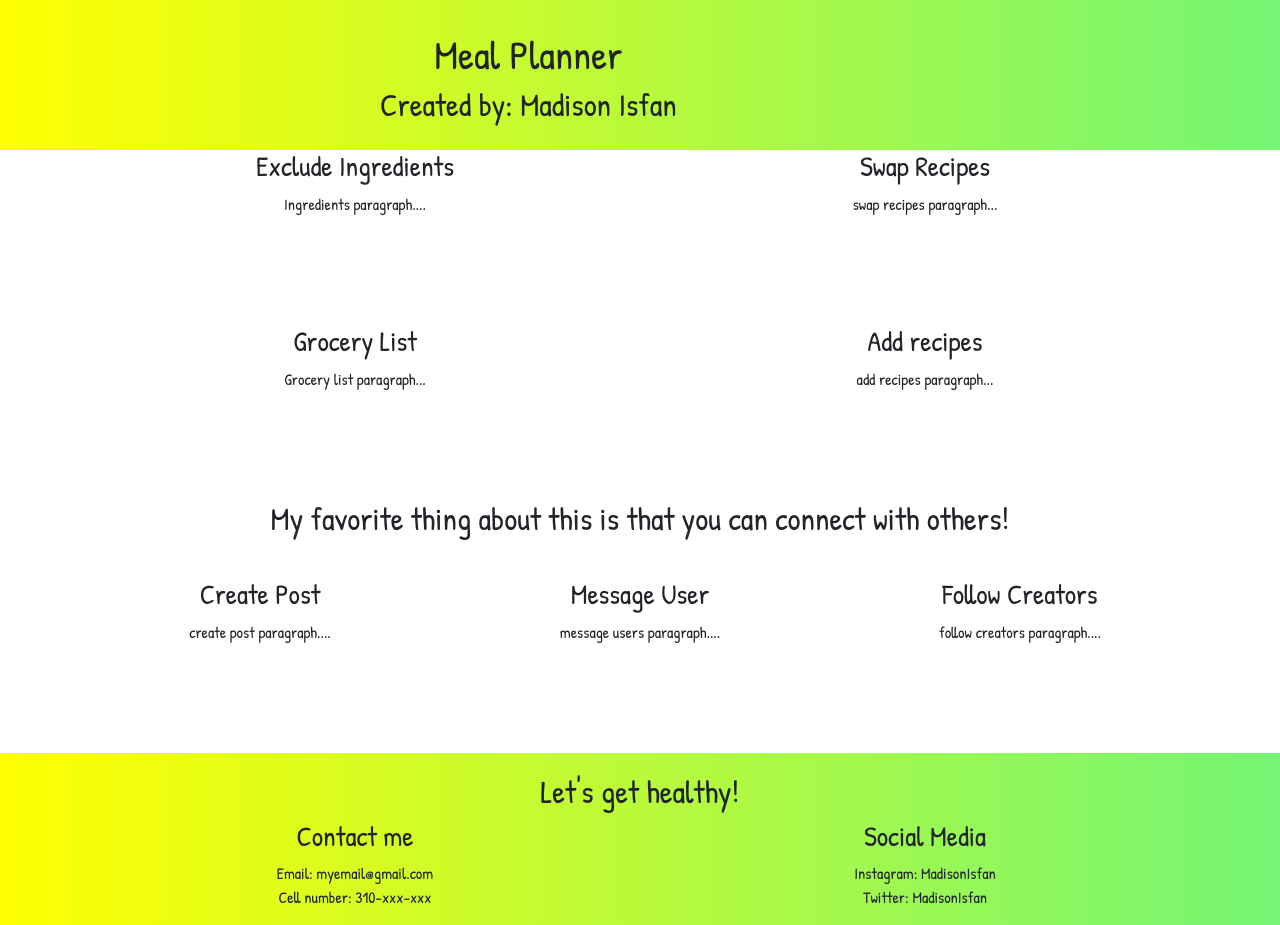
Repository: madisonisfan/Meal-Planner
Page: index.html
The author's editor kept a copy of each file at every save. The page is drawn from the files as they stood at one save, then again after the next save.
The browser window is 1280 px wide. The pictures show the whole page.
Some web libraries are served in a nearby version.

Above is the page before, as saved 2021-02-19 10:30:08.

After the next save:
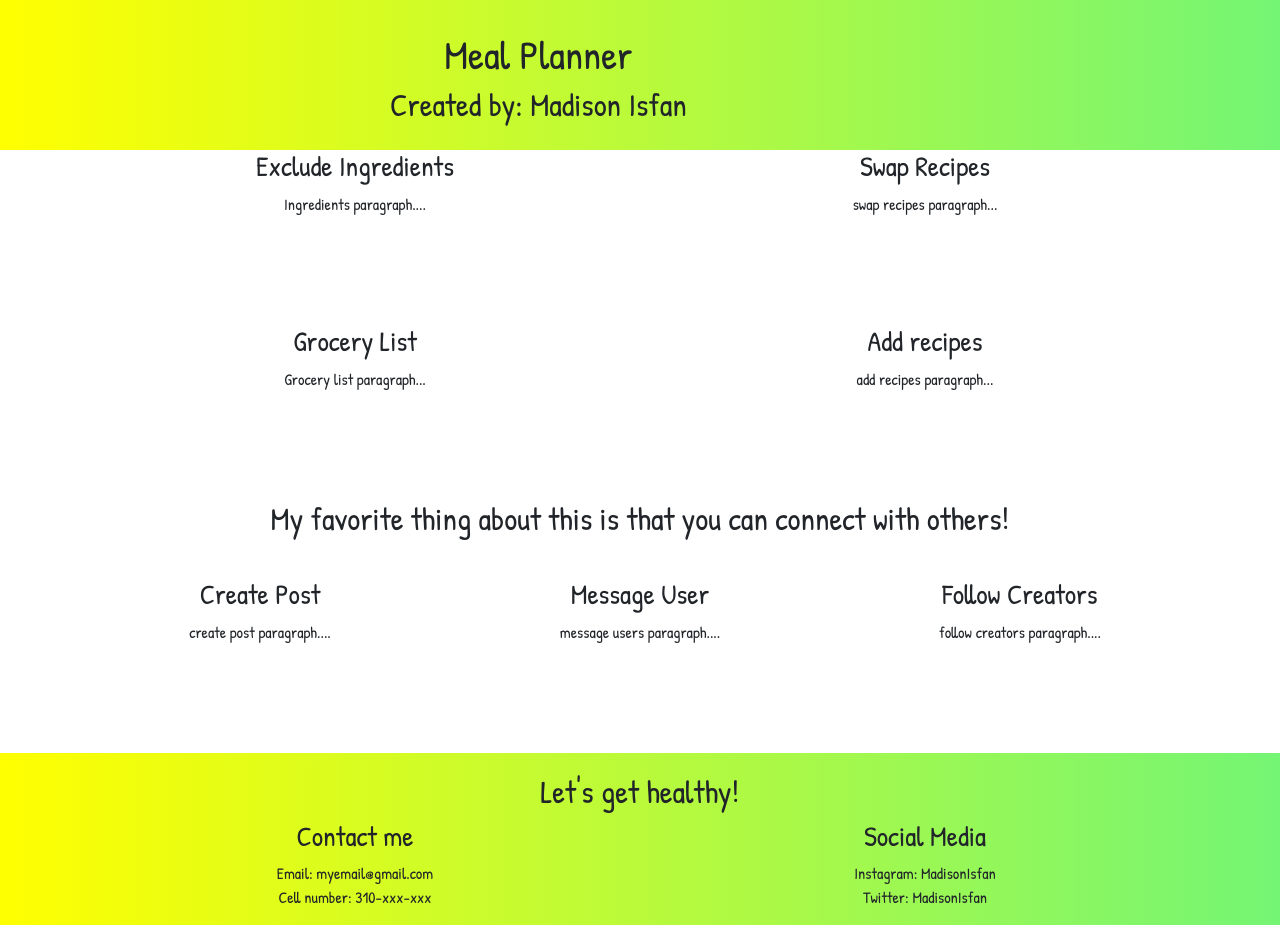
Saved 5 s later.
--- a/index.html
+++ b/index.html
@@ -15,7 +15,7 @@
 
     <header class="jumbotron">
         <div class="container-fluid">
-            <div class="row align-self-center" style="width: 100%" >
+            <div class="row align-self-center"  >
                 <div class="col-10 text-center align-self-center">
                     <h1>Meal Planner</h1>
                     <h2>Created by: Madison Isfan</h2>
